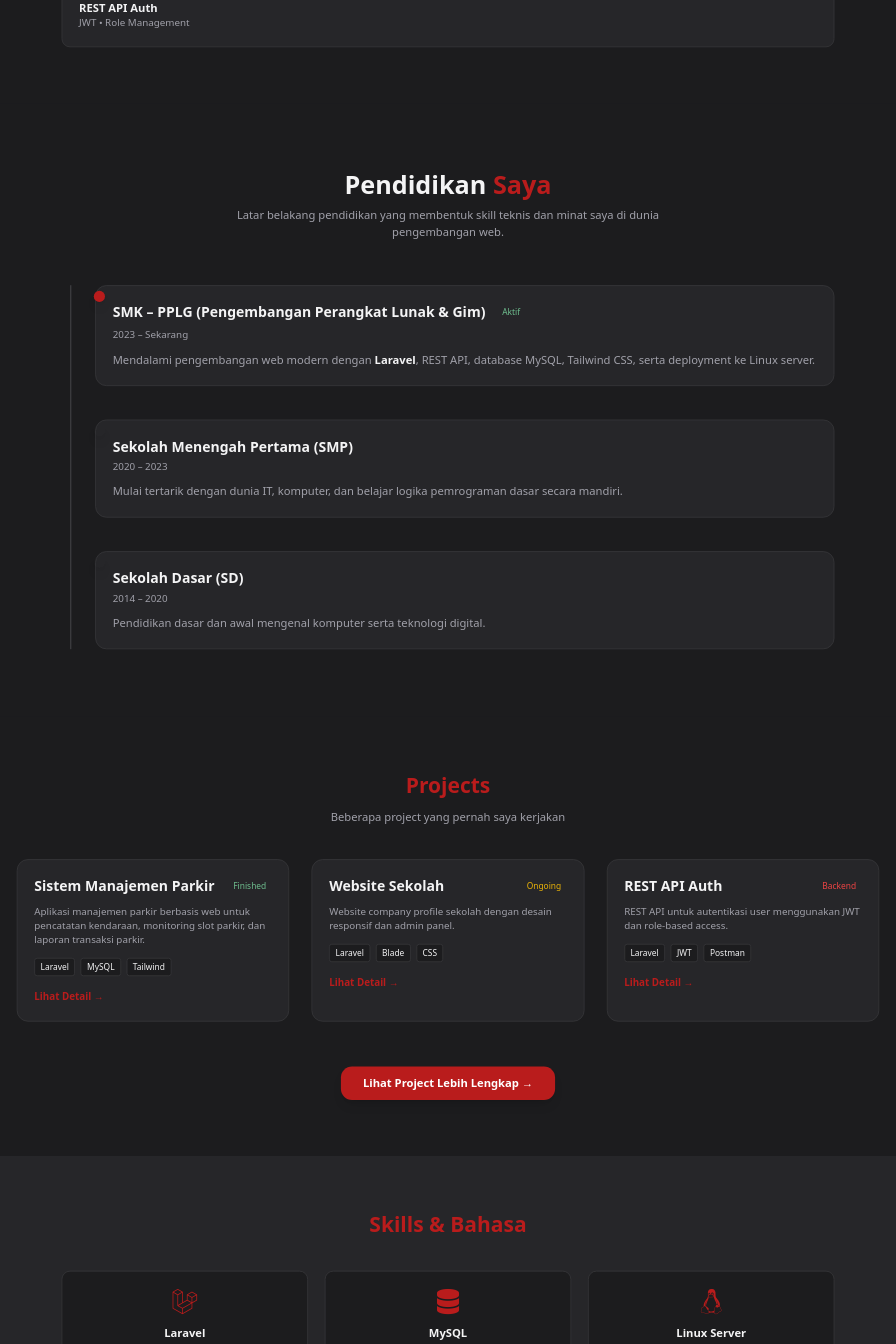
Repository: Fadlan079/Personal-Portfolio
Page: http://localhost/
The author's editor kept a copy of each file at every save. The page is drawn from the files as they stood at one save, then again after the next save.
The browser window is 1280 px wide. The pictures show the part of the page from y = 1418 to 3338 px (the page is 4636 px tall before and 3952 px after), at 70% of full size.
Some web libraries are served in a nearby version. The page is served by the project's Laravel application, run on PHP 8.4 with Laravel 12. Other server files are loaded and not shown.

Above is the page before, as saved 2026-01-15 09:13:28.

### routes/web.php
<?php

use Illuminate\Support\Facades\Route;
use App\Http\Controllers\ProjectController;

// Route::get('/', function () {
//     return view('welcome');
// });

Route::get('/', function () {
    return view('portofolio');
});

// Route::get('/project', function () {
//     return view('project');
// });

Route::get('/project', [ProjectController::class, 'index']);

### resources/views/portofolio.blade.php
<!DOCTYPE html>
<html lang="id">
<head>
  <meta charset="UTF-8" />
  <meta name="viewport" content="width=device-width, initial-scale=1.0" />
  <title>Portfolio | Fadlan</title>
  <script src="https://cdn.tailwindcss.com"></script>
  <link rel="stylesheet" href="https://cdnjs.cloudflare.com/ajax/libs/font-awesome/6.5.1/css/all.min.css"/>
  <script>
    tailwind.config = {
      theme: {
        extend: {
          colors: {
            bg: 'var(--color-bg)',
            surface: 'var(--color-surface)',
            border: 'var(--color-border)',
            text: 'var(--color-text)',
            muted: 'var(--color-muted)',
            primary: 'var(--color-primary)',
            success: 'var(--color-success)',
            danger: 'var(--color-danger)',
            warning: 'var(--color-warning)',
          }
        }
      }
    }
  </script>
  <style>
    :root {
      --color-bg: #1c1c1e;
      --color-surface: #262629;
      --color-border: #3a3a3d;
      --color-text: #f4f4f5;
      --color-muted: #a1a1aa;
      --color-primary: #b91c1c;
      --color-success: #6fbf8f;
      --color-danger:  #ef4444;
      --color-warning: #eab308;
    }

    html {
      scroll-behavior: smooth;
    }

* {
  scrollbar-width: thin;
  scrollbar-color: #ef4444 transparent;
}

::-webkit-scrollbar {
  width: 10px;
}

::-webkit-scrollbar-track {
  background: transparent;
}

::-webkit-scrollbar-thumb {
  background: linear-gradient(
    180deg,
    #ef4444,
    #dc2626
  );
  border-radius: 999px;
  border: 2px solid transparent;
  background-clip: content-box;
}

::-webkit-scrollbar-thumb:hover {
  background: linear-gradient(
    180deg,
    #f87171,
    #ef4444
  );
}

  </style>
</head>

<body class="bg-bg text-text">
  <header> @include('components.header') </header>
  <main>
    <section id="home" class="relative min-h-screen flex items-center px-6 overflow-hidden">  @include('sections.hero')</section>
    <section id="about" class="py-20 bg-surface"> @include('sections.about')</section>
    <section id="experience" class="py-20">@include('sections.experience')</section>
  </main>

<section id="education" class="py-24 bg-bg">
  <div class="max-w-6xl mx-auto px-6">
    <div class="mb-16 text-center">
      <h3 class="text-4xl font-extrabold">
        Pendidikan
        <span class="text-primary">Saya</span>
      </h3>
      <p class="text-muted mt-3 max-w-2xl mx-auto">
        Latar belakang pendidikan yang membentuk skill teknis
        dan minat saya di dunia pengembangan web.
      </p>
    </div>

    <div class="relative pl-8 md:pl-12">

      <div class="absolute left-3 top-0 h-full w-[2px] bg-border"></div>

      <div class="relative mb-12">
        <div class="absolute -left-[2px] top-2">
          <span
            class="block w-4 h-4 rounded-full bg-primary
                   shadow-lg shadow-primary/40">
          </span>
        </div>
        <div
          class="bg-surface border border-border rounded-2xl p-6
                 hover:-translate-y-1 transition"
        >
          <div class="flex flex-wrap items-center gap-3 mb-2">
            <h4 class="text-xl font-semibold">
              SMK – PPLG (Pengembangan Perangkat Lunak & Gim)
            </h4>
            <span
              class="text-xs px-3 py-1 rounded-full
                     bg-success/20 text-success"
            >
              Aktif
            </span>
          </div>

          <p class="text-sm text-muted mb-3">
            2023 – Sekarang
          </p>

          <p class="text-muted leading-relaxed">
            Mendalami pengembangan web modern dengan
            <strong class="text-text">Laravel</strong>,
            REST API, database MySQL, Tailwind CSS,
            serta deployment ke Linux server.
          </p>
        </div>
      </div>

      <div class="relative mb-12">
        <div class="absolute -left-[2px] top-2">
          <span
            class="block w-4 h-4 rounded-full bg-primary/70
                   shadow-lg shadow-primary/30">
          </span>
        </div>

        <div
          class="bg-surface border border-border rounded-2xl p-6
                 hover:-translate-y-1 transition"
        >
          <h4 class="text-xl font-semibold mb-1">
            Sekolah Menengah Pertama (SMP)
          </h4>

          <p class="text-sm text-muted mb-3">
            2020 – 2023
          </p>

          <p class="text-muted leading-relaxed">
            Mulai tertarik dengan dunia IT, komputer,
            dan belajar logika pemrograman dasar secara mandiri.
          </p>
        </div>
      </div>

      <div class="relative">
        <div class="absolute -left-[2px] top-2">
          <span
            class="block w-4 h-4 rounded-full bg-primary/40
                   shadow-lg shadow-primary/20">
          </span>
        </div>

        <div
          class="bg-surface border border-border rounded-2xl p-6
                 hover:-translate-y-1 transition"
        >
          <h4 class="text-xl font-semibold mb-1">
            Sekolah Dasar (SD)
          </h4>

          <p class="text-sm text-muted mb-3">
            2014 – 2020
          </p>

          <p class="text-muted leading-relaxed">
            Pendidikan dasar dan awal mengenal komputer
            serta teknologi digital.
          </p>
        </div>
      </div>

    </div>
  </div>
</section>


<!-- Projects -->
<section id="projects" class="py-20 bg-bg">
  <div class="max-w-7xl mx-auto px-6">
    <h3 class="text-3xl font-bold text-center mb-4 text-primary">Projects</h3>
    <p class="text-muted text-center mb-12">
      Beberapa project yang pernah saya kerjakan
    </p>

    <div class="grid md:grid-cols-3 gap-8">

<!-- Project Card -->
<div class="bg-surface border border-border rounded-2xl p-6 hover:-translate-y-2 transition">
  <div class="flex justify-between items-center mb-3">
    <h4 class="text-xl font-semibold">Sistem Manajemen Parkir</h4>
    <span class="text-xs px-2 py-1 rounded bg-success/20 text-success">
      Finished
    </span>
  </div>

  <p class="text-muted text-sm mb-4">
    Aplikasi manajemen parkir berbasis web untuk pencatatan kendaraan,
    monitoring slot parkir, dan laporan transaksi parkir.
  </p>

  <!-- Tech Stack -->
  <div class="flex flex-wrap gap-2 text-xs mb-4">
    <span class="px-2 py-1 bg-bg border border-border rounded">Laravel</span>
    <span class="px-2 py-1 bg-bg border border-border rounded">MySQL</span>
    <span class="px-2 py-1 bg-bg border border-border rounded">Tailwind</span>
  </div>

  <!-- Action -->
  <a href="https://github.com/Fadlan079/Sistem-Manajemen-Parkir.git" class="text-primary text-sm font-semibold hover:underline">
    Lihat Detail →
  </a>
</div>


      <!-- Project Card -->
      <div class="bg-surface border border-border rounded-2xl p-6 hover:-translate-y-2 transition">
        <div class="flex justify-between items-center mb-3">
          <h4 class="text-xl font-semibold">Website Sekolah</h4>
          <span class="text-xs px-2 py-1 rounded bg-warning/20 text-warning">
            Ongoing
          </span>
        </div>

        <p class="text-muted text-sm mb-4">
          Website company profile sekolah dengan desain responsif
          dan admin panel.
        </p>

        <div class="flex flex-wrap gap-2 text-xs mb-4">
          <span class="px-2 py-1 bg-bg border border-border rounded">Laravel</span>
          <span class="px-2 py-1 bg-bg border border-border rounded">Blade</span>
          <span class="px-2 py-1 bg-bg border border-border rounded">CSS</span>
        </div>

        <a href="#" class="text-primary text-sm font-semibold hover:underline">
          Lihat Detail →
        </a>
      </div>

      <!-- Project Card -->
      <div class="bg-surface border border-border rounded-2xl p-6 hover:-translate-y-2 transition">
        <div class="flex justify-between items-center mb-3">
          <h4 class="text-xl font-semibold">REST API Auth</h4>
          <span class="text-xs px-2 py-1 rounded bg-danger/20 text-danger">
            Backend
          </span>
        </div>

        <p class="text-muted text-sm mb-4">
          REST API untuk autentikasi user menggunakan JWT
          dan role-based access.
        </p>

        <div class="flex flex-wrap gap-2 text-xs mb-4">
          <span class="px-2 py-1 bg-bg border border-border rounded">Laravel</span>
          <span class="px-2 py-1 bg-bg border border-border rounded">JWT</span>
          <span class="px-2 py-1 bg-bg border border-border rounded">Postman</span>
        </div>

        <a href="#" class="text-primary text-sm font-semibold hover:underline">
          Lihat Detail →
        </a>
      </div>

    </div>
    <!-- Button Lihat Project Lengkap -->
    <div class="mt-16 flex justify-center">
    <a
        href="project"
        class="px-8 py-3 rounded-2xl
            bg-primary text-white font-semibold
            hover:bg-primary/90 transition
            shadow-lg shadow-primary/20"
    >
        Lihat Project Lebih Lengkap →
    </a>
    </div>

  </div>
</section>


<!-- Skills -->
<section id="skills" class="py-20 bg-surface">
  <div class="max-w-6xl mx-auto px-6">
    <h3 class="text-3xl font-bold mb-12 text-primary text-center">Skills & Bahasa</h3>

    <div class="grid md:grid-cols-3 gap-6 text-center">
      <div class="bg-bg border border-border rounded-xl p-6">
        <i class="fa-brands fa-laravel text-4xl text-primary mb-3"></i>
        <h4 class="font-semibold">Laravel</h4>
      </div>
      <div class="bg-bg border border-border rounded-xl p-6">
        <i class="fa-solid fa-database text-4xl text-primary mb-3"></i>
        <h4 class="font-semibold">MySQL</h4>
      </div>
      <div class="bg-bg border border-border rounded-xl p-6">
        <i class="fa-brands fa-linux text-4xl text-primary mb-3"></i>
        <h4 class="font-semibold">Linux Server</h4>
      </div>
      <div class="bg-bg border border-border rounded-xl p-6">
        <i class="fa-brands fa-html5 text-4xl text-warning mb-3"></i>
        <h4 class="font-semibold">HTML</h4>
      </div>
      <div class="bg-bg border border-border rounded-xl p-6">
        <i class="fa-brands fa-css3-alt text-4xl text-warning mb-3"></i>
        <h4 class="font-semibold">CSS / Tailwind</h4>
      </div>
      <div class="bg-bg border border-border rounded-xl p-6">
        <i class="fa-brands fa-js text-4xl text-warning mb-3"></i>
        <h4 class="font-semibold">JavaScript</h4>
      </div>
    </div>
  </div>
</section>

<!-- Contact -->
<section id="contact" class="py-24 bg-bg">
  <div class="max-w-5xl mx-auto px-6">

    <!-- Heading -->
    <div class="text-center mb-14">
      <h3 class="text-4xl font-extrabold mb-3">
        Kontak <span class="text-primary">Saya</span>
      </h3>
      <p class="text-muted max-w-2xl mx-auto">
        Tertarik kerja sama, project freelance, atau diskusi seputar web & Laravel?
        Hubungi saya melalui platform di bawah ini.
      </p>
    </div>

    <!-- Contact Cards -->
    <div class="grid sm:grid-cols-2 gap-6">

      <!-- Email -->
      <a href="mailto:fadlanfirdaus220@gmail.com"
         class="group bg-surface border border-border rounded-2xl p-6
                flex items-center gap-5
                hover:border-primary hover:-translate-y-1 transition">
        <div class="w-14 h-14 rounded-xl flex items-center justify-center
                    bg-primary/20 text-primary text-xl">
          <i class="fa-solid fa-envelope"></i>
        </div>
        <div>
          <p class="text-sm text-muted">Email</p>
          <p class="font-semibold group-hover:text-primary transition">
            fadlanfirdaus220@gmail.com
          </p>
        </div>
      </a>

      <!-- GitHub -->
      <a href="https://github.com/Fadlan079" target="_blank"
         class="group bg-surface border border-border rounded-2xl p-6
                flex items-center gap-5
                hover:border-primary hover:-translate-y-1 transition">
        <div class="w-14 h-14 rounded-xl flex items-center justify-center
                    bg-primary/20 text-primary text-xl">
          <i class="fa-brands fa-github"></i>
        </div>
        <div>
          <p class="text-sm text-muted">GitHub</p>
          <p class="font-semibold group-hover:text-primary transition">
            github.com/Fadlan079
          </p>
        </div>
      </a>

      <!-- Phone -->
      <a href="tel:082210732928"
         class="group bg-surface border border-border rounded-2xl p-6
                flex items-center gap-5
                hover:border-primary hover:-translate-y-1 transition">
        <div class="w-14 h-14 rounded-xl flex items-center justify-center
                    bg-primary/20 text-primary text-xl">
          <i class="fa-solid fa-phone"></i>
        </div>
        <div>
          <p class="text-sm text-muted">WhatsApp / Phone</p>
          <p class="font-semibold group-hover:text-primary transition">
            0822-1073-2928
          </p>
        </div>
      </a>

      <!-- Instagram -->
      <a href="https://instagram.com/fdln007" target="_blank"
         class="group bg-surface border border-border rounded-2xl p-6
                flex items-center gap-5
                hover:border-primary hover:-translate-y-1 transition">
        <div class="w-14 h-14 rounded-xl flex items-center justify-center
                    bg-primary/20 text-primary text-xl">
          <i class="fa-brands fa-instagram"></i>
        </div>
        <div>
          <p class="text-sm text-muted">Instagram</p>
          <p class="font-semibold group-hover:text-primary transition">
            @fdln007
          </p>
        </div>
      </a>

    </div>

    <!-- CTA -->
    <div class="text-center mt-16">
      <p class="text-muted mb-4">
        Siap berkolaborasi dan membangun aplikasi bersama?
      </p>
      <a href="mailto:fadlanfirdaus220@gmail.com"
         class="inline-block px-8 py-3 bg-primary text-white
                rounded-2xl font-semibold
                hover:opacity-90 transition shadow-lg shadow-primary/30">
        Hubungi Sekarang
      </a>
    </div>

  </div>
</section>


<!-- Footer -->
<footer class="relative border-t border-border bg-bg">
  <!-- Glow -->
  <div class="absolute inset-0 -z-10">
    <div class="absolute bottom-0 left-1/2 -translate-x-1/2
                w-[400px] h-[400px]
                bg-primary/20 blur-[120px] rounded-full"></div>
  </div>

  <div class="max-w-7xl mx-auto px-6 py-14 grid gap-10 md:grid-cols-3">

    <!-- Brand -->
    <div>
      <h3 class="text-xl font-bold text-primary mb-3">Fadlan.dev</h3>
      <p class="text-muted leading-relaxed">
        Full Stack Developer yang fokus pada pengembangan
        aplikasi web modern menggunakan Laravel,
        frontend responsif, dan backend yang scalable.
      </p>
    </div>

    <!-- Quick Links -->
    <div>
      <h4 class="font-semibold mb-4 text-text">Quick Links</h4>
      <ul class="space-y-2 text-muted text-sm">
        <li>
          <a href="#home" class="hover:text-primary transition">Home</a>
        </li>
        <li>
          <a href="#projects" class="hover:text-primary transition">Projects</a>
        </li>
        <li>
          <a href="#contact" class="hover:text-primary transition">Contact</a>
        </li>
      </ul>
    </div>

    <!-- Social -->
    <div>
      <h4 class="font-semibold mb-4 text-text">Connect</h4>
      <div class="flex gap-4">
        <a href="https://github.com/Fadlan079" target="_blank"
           class="w-10 h-10 rounded-xl border border-border
                  flex items-center justify-center
                  text-muted hover:text-primary hover:border-primary
                  transition">
          <i class="fa-brands fa-github"></i>
        </a>
        <a href="https://instagram.com/fdln007" target="_blank"
           class="w-10 h-10 rounded-xl border border-border
                  flex items-center justify-center
                  text-muted hover:text-primary hover:border-primary
                  transition">
          <i class="fa-brands fa-instagram"></i>
        </a>
        <a href="mailto:fadlanfirdaus220@gmail.com"
           class="w-10 h-10 rounded-xl border border-border
                  flex items-center justify-center
                  text-muted hover:text-primary hover:border-primary
                  transition">
          <i class="fa-solid fa-envelope"></i>
        </a>
      </div>
    </div>

  </div>

  <!-- Bottom -->
  <div class="border-t border-border text-center py-4 text-muted text-sm">
    © 2026 <span class="text-text font-semibold">Fadlan Firdaus</span>.
    Built with <span class="text-primary">Laravel</span> & Tailwind CSS.
  </div>
</footer>


</body>
</html>

### resources/views/components/header.blade.php
<nav class="fixed w-full bg-bg/80 backdrop-blur border-b border-border z-50">
  <div class="max-w-7xl mx-auto px-6 py-4 flex justify-between items-center">
    <h1 class="text-xl font-bold text-primary">Fadlan.dev</h1>
    <ul class="flex gap-6 text-sm">
      <li class="relative group">
        <a href="#home">Home</a>
        <span class="absolute left-0 -bottom-1 h-[2px] w-0 bg-primary transition-all group-hover:w-full"></span>
      </li>
      <li class="relative group">
        <a href="#about">About</a>
        <span class="absolute left-0 -bottom-1 h-[2px] w-0 bg-primary transition-all group-hover:w-full"></span>
      </li>
      <li class="relative group">
        <a href="#experience">Experience</a>
        <span class="absolute left-0 -bottom-1 h-[2px] w-0 bg-primary transition-all group-hover:w-full"></span>
      </li>
        <li class="relative group">
        <a href="#projects">Project</a>
        <span class="absolute left-0 -bottom-1 h-[2px] w-0 bg-primary transition-all group-hover:w-full"></span>
      </li>
      <li class="relative group">
        <a href="#skills">Skills</a>
        <span class="absolute left-0 -bottom-1 h-[2px] w-0 bg-primary transition-all group-hover:w-full"></span>
      </li>
      <li class="relative group">
        <a href="#contact">Contact</a>
        <span class="absolute left-0 -bottom-1 h-[2px] w-0 bg-primary transition-all group-hover:w-full"></span>
      </li>
    </ul>
  </div>
</nav>

### resources/views/sections/about.blade.php
<div class="max-w-6xl mx-auto px-6">
<h3 class="text-3xl font-bold mb-6 text-primary">Tentang Saya</h3>
<p class="text-muted leading-relaxed max-w-3xl">
    Saya pelajar SMK jurusan PPLG dengan minat besar di bidang
    <strong>Full Stack Development</strong>. Terbiasa membangun aplikasi
    Laravel, REST API, database MySQL, serta deployment ke server Linux.
</p>
</div>

### resources/views/sections/experience.blade.php
<div class="max-w-6xl mx-auto px-6">
<h3 class="text-3xl font-bold mb-12 text-primary text-center">Pengalaman</h3>
<div class="space-y-6">
    <div class="bg-surface border border-border rounded-xl p-6">
    <h4 class="font-semibold">Project Sistem Kasir</h4>
    <p class="text-muted text-sm">Laravel • MySQL • Tailwind</p>
    </div>
    <div class="bg-surface border border-border rounded-xl p-6">
    <h4 class="font-semibold">Website Sekolah</h4>
    <p class="text-muted text-sm">Company Profile • Responsive Design</p>
    </div>
    <div class="bg-surface border border-border rounded-xl p-6">
    <h4 class="font-semibold">REST API Auth</h4>
    <p class="text-muted text-sm">JWT • Role Management</p>
    </div>
</div>
</div>

Loaded but not shown: resources/views/sections/hero.blade.php (143 lines, source omitted)

After the next save:
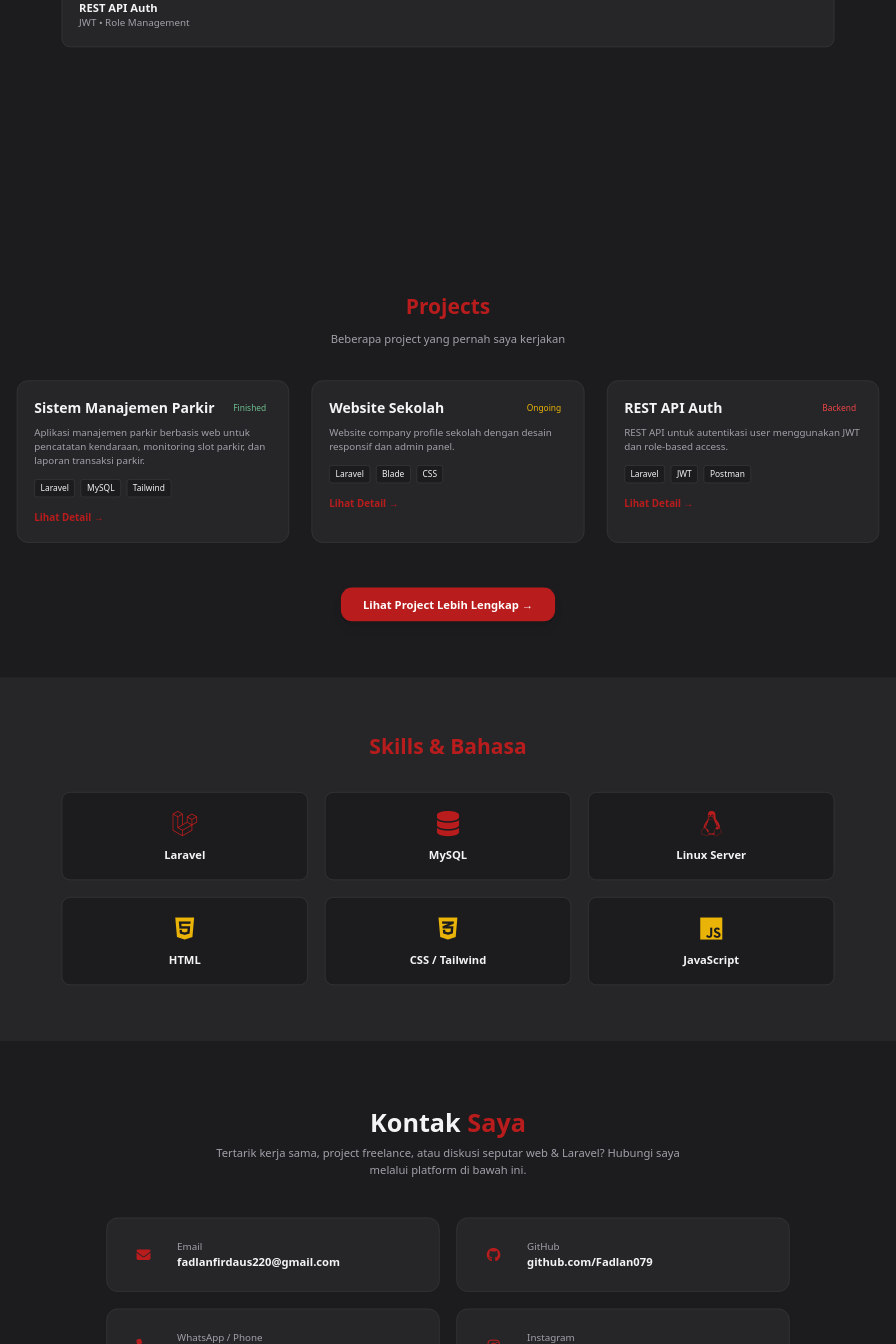
Saved 7 s later.
--- a/resources/views/portofolio.blade.php
+++ b/resources/views/portofolio.blade.php
@@ -86,114 +86,7 @@
   </main>
 
 <section id="education" class="py-24 bg-bg">
-  <div class="max-w-6xl mx-auto px-6">
-    <div class="mb-16 text-center">
-      <h3 class="text-4xl font-extrabold">
-        Pendidikan
-        <span class="text-primary">Saya</span>
-      </h3>
-      <p class="text-muted mt-3 max-w-2xl mx-auto">
-        Latar belakang pendidikan yang membentuk skill teknis
-        dan minat saya di dunia pengembangan web.
-      </p>
-    </div>
-
-    <div class="relative pl-8 md:pl-12">
-
-      <div class="absolute left-3 top-0 h-full w-[2px] bg-border"></div>
-
-      <div class="relative mb-12">
-        <div class="absolute -left-[2px] top-2">
-          <span
-            class="block w-4 h-4 rounded-full bg-primary
-                   shadow-lg shadow-primary/40">
-          </span>
-        </div>
-        <div
-          class="bg-surface border border-border rounded-2xl p-6
-                 hover:-translate-y-1 transition"
-        >
-          <div class="flex flex-wrap items-center gap-3 mb-2">
-            <h4 class="text-xl font-semibold">
-              SMK – PPLG (Pengembangan Perangkat Lunak & Gim)
-            </h4>
-            <span
-              class="text-xs px-3 py-1 rounded-full
-                     bg-success/20 text-success"
-            >
-              Aktif
-            </span>
-          </div>
-
-          <p class="text-sm text-muted mb-3">
-            2023 – Sekarang
-          </p>
-
-          <p class="text-muted leading-relaxed">
-            Mendalami pengembangan web modern dengan
-            <strong class="text-text">Laravel</strong>,
-            REST API, database MySQL, Tailwind CSS,
-            serta deployment ke Linux server.
-          </p>
-        </div>
-      </div>
-
-      <div class="relative mb-12">
-        <div class="absolute -left-[2px] top-2">
-          <span
-            class="block w-4 h-4 rounded-full bg-primary/70
-                   shadow-lg shadow-primary/30">
-          </span>
-        </div>
-
-        <div
-          class="bg-surface border border-border rounded-2xl p-6
-                 hover:-translate-y-1 transition"
-        >
-          <h4 class="text-xl font-semibold mb-1">
-            Sekolah Menengah Pertama (SMP)
-          </h4>
-
-          <p class="text-sm text-muted mb-3">
-            2020 – 2023
-          </p>
-
-          <p class="text-muted leading-relaxed">
-            Mulai tertarik dengan dunia IT, komputer,
-            dan belajar logika pemrograman dasar secara mandiri.
-          </p>
-        </div>
-      </div>
-
-      <div class="relative">
-        <div class="absolute -left-[2px] top-2">
-          <span
-            class="block w-4 h-4 rounded-full bg-primary/40
-                   shadow-lg shadow-primary/20">
-          </span>
-        </div>
-
-        <div
-          class="bg-surface border border-border rounded-2xl p-6
-                 hover:-translate-y-1 transition"
-        >
-          <h4 class="text-xl font-semibold mb-1">
-            Sekolah Dasar (SD)
-          </h4>
-
-          <p class="text-sm text-muted mb-3">
-            2014 – 2020
-          </p>
-
-          <p class="text-muted leading-relaxed">
-            Pendidikan dasar dan awal mengenal komputer
-            serta teknologi digital.
-          </p>
-        </div>
-      </div>
-
-    </div>
-  </div>
+
 </section>
 
 
